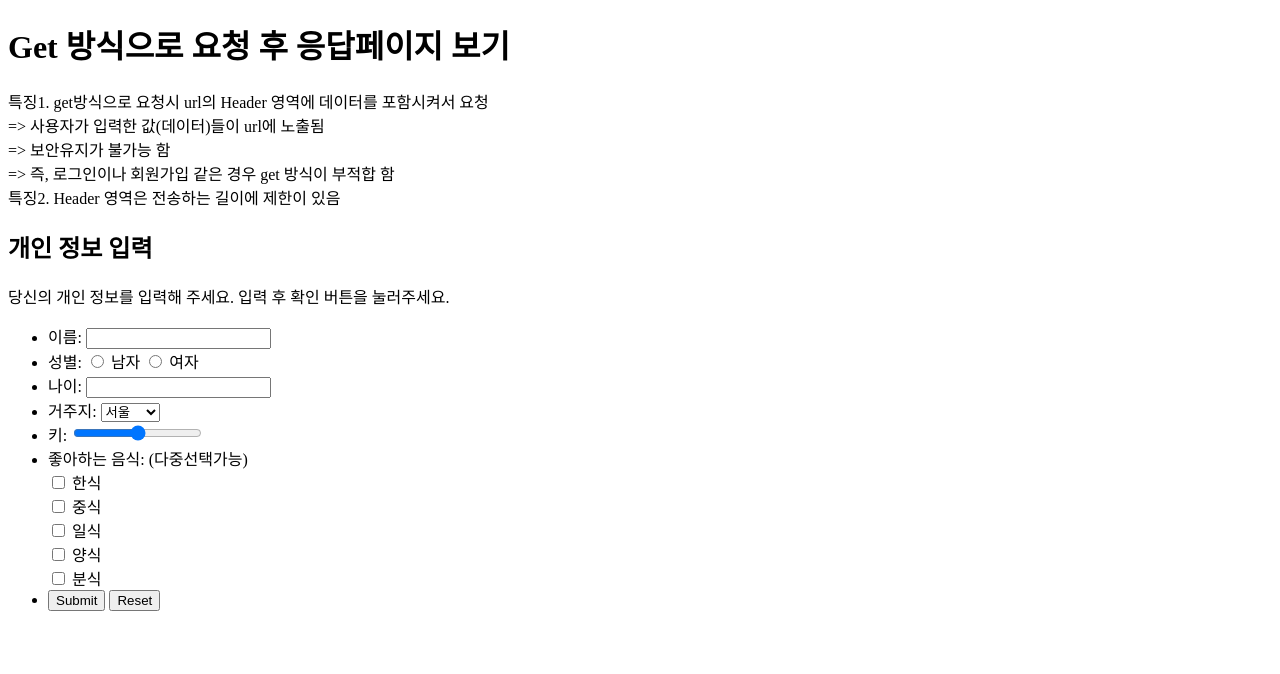
Repository: 1400CP/05_server-workspace1
Page: 1_Servlet/WebContent/views/requestTest_GET.html
The author's editor kept a copy of each file at every save. The page is drawn from the files as they stood at one save, then again after the next save.
The browser window is 1280 px wide. The pictures show the whole page.

Above is the page before, as saved 2025-02-14 02:09:29.

### 1_Servlet/WebContent/views/requestTest_GET.html
<!DOCTYPE html>
<html>
<head>
<meta charset="UTF-8">
<title>Insert title here</title>
<style>
	ul{
		list-style: 20px;
		list-style-position: ;

	}

</style>
</head>
<body>

	<h1>Get 방식으로 요청 후 응답페이지 보기</h1>
	<p>
		특징1. get방식으로 요청시 url의 Header 영역에 데이터를 포함시켜서 요청 <br>
			=> 사용자가 입력한 값(데이터)들이 url에 노출됨 <br>
			=> 보안유지가 불가능 함 <br>
			=> 즉, 로그인이나 회원가입 같은 경우 get 방식이 부적합 함 <br>

		특징2. Header 영역은 전송하는 길이에 제한이 있음 <br>


	</p>


	<h2>개인 정보 입력</h2>
	<p>당신의 개인 정보를 입력해 주세요. 입력 후 확인 버튼을 눌러주세요.</p>


	<!-- method는 GET 또는 POST가 있다. -->
	<!-- get 방식으로 하면 정보가 다 보인다. -->
	<form action="test.do" method="GET">
		<!-- ul>li*7 -->
		<ul>
			<li>
				이름: <input type="text" name="name">
			</li>
			<li>
				<!-- 라디오는 밸류값을 써줘야 DB에서 확인 가능 -->
				성별:
				<input type="radio" name="gender" value="M"> 남자
				<input type="radio" name="gender" value="F"> 여자
			</li>
			<li>
				나이: <input type="number" name="age">
			</li>
			<li>
				거주지:
				<select name="city">
					<option value="">서울</option>
					<option value="">경기도</option>
					<option value="">강원도</option>
					<option value="">충청도</option>
					<option value="">경상도</option>
					<option value="">전라도</option>
				</select>
			</li>
			<li>
				키: <input type="range" name="height" min="140" max="200">
			</li>
			<li>
				좋아하는 음식: (다중선택가능)  <br>
				<input type="checkbox" name="food" value="한식"> 한식 <br>
				<input type="checkbox" name="food" value="중식"> 중식 <br>
				<input type="checkbox" name="food" value="일식"> 일식 <br>
				<input type="checkbox" name="food" value="양식"> 양식 <br>
				<input type="checkbox" name="food" value="분식"> 분식 <br>
			</li>
			<li>
				<input type="submit">
				<input type="reset">
			</li>
		</ul>
	</form>


</body>
</html>

After the next save:
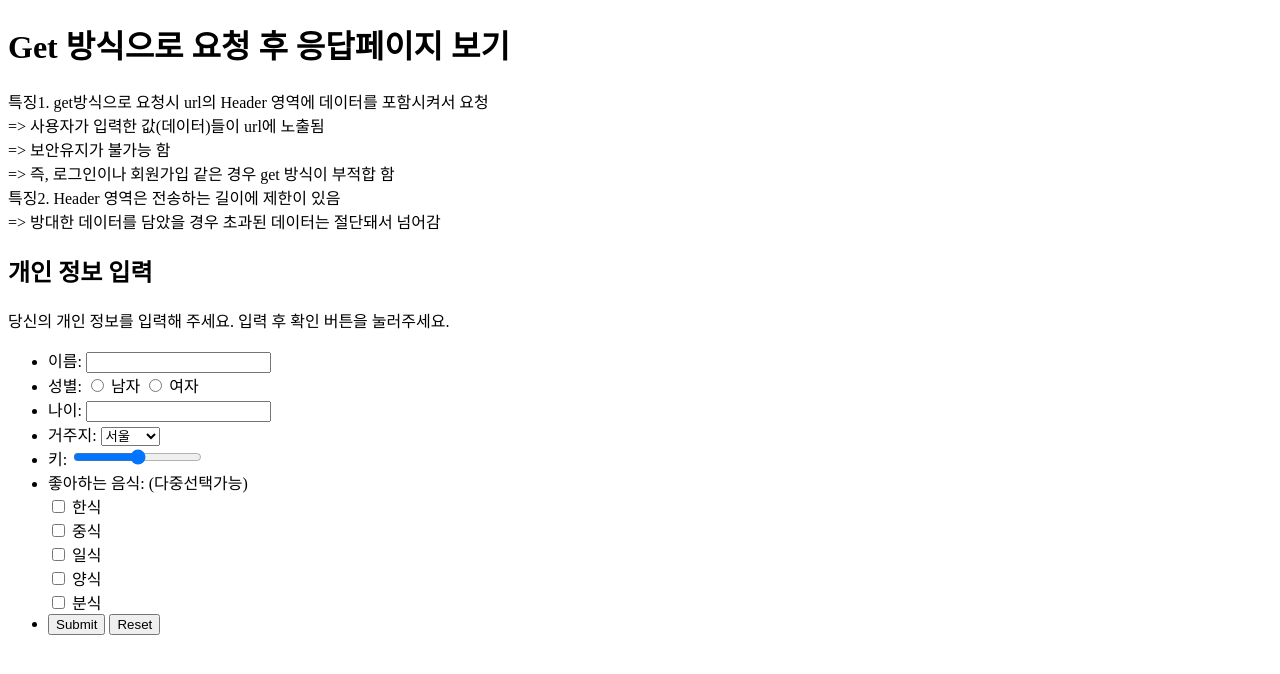
Saved 21 s later.
--- a/1_Servlet/WebContent/views/requestTest_GET.html
+++ b/1_Servlet/WebContent/views/requestTest_GET.html
@@ -22,7 +22,7 @@
 			=> 즉, 로그인이나 회원가입 같은 경우 get 방식이 부적합 함 <br>
 
 		특징2. Header 영역은 전송하는 길이에 제한이 있음 <br>
-
+			=> 방대한 데이터를 담았을 경우 초과된 데이터는 절단돼서 넘어감 <br>
 
 	</p>
 
